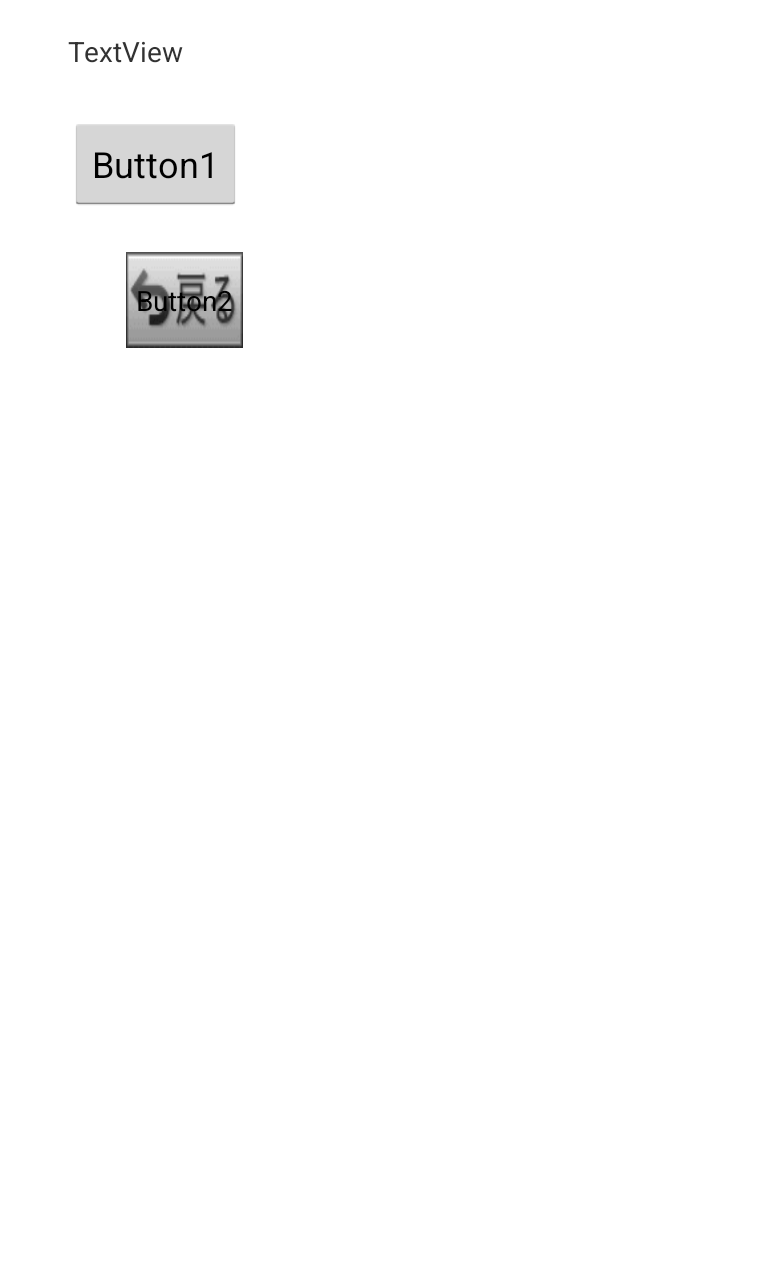
Repository: freelancer-dorian/exerciseAndroid
Layout: 05-20-UIBasic/Buttons/res/layout/fragment_main.xml
The author's editor kept a copy of each file at every save. The layout is drawn from the files as they stood at one save, then again after the next save.
It is drawn on a 768 x 1280 px phone screen (xhdpi) without system bars, with theme AppTheme; the app's code is not run.

Above is the layout before, as saved 2014-05-20 04:03:23.

After the next save:
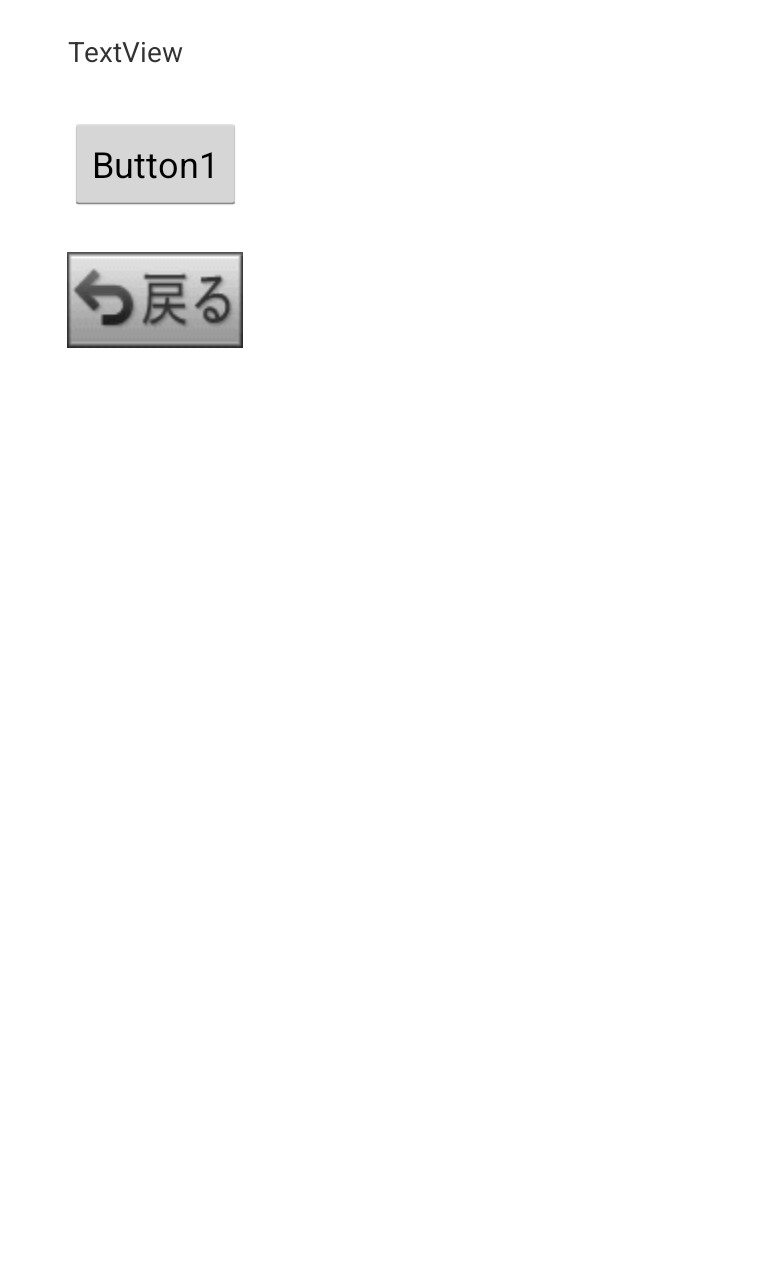
Saved 112 s later.
--- a/05-20-UIBasic/Buttons/res/layout/fragment_main.xml
+++ b/05-20-UIBasic/Buttons/res/layout/fragment_main.xml
@@ -27,7 +27,8 @@
         android:layout_below="@+id/button1"
         android:layout_marginTop="20dp"
         android:background="@drawable/back_normal"
-        android:text="Button2" />
+        android:height="46dp"
+        android:width="88dp" />
 
     <TextView
         android:id="@+id/textView1"
